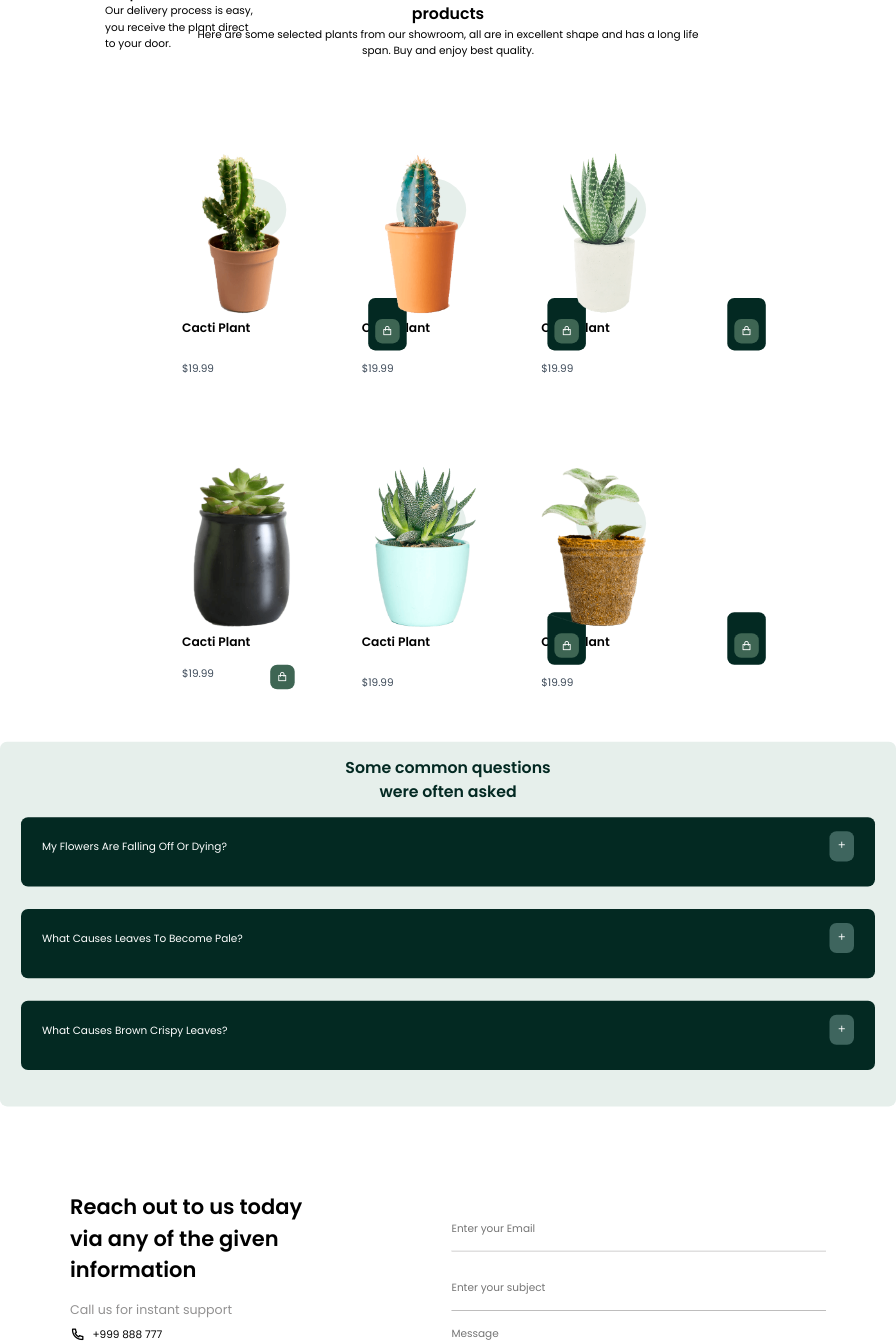
Repository: OmniaRafat232111121/plantwebsite
Page: index.html
The author's editor kept a copy of each file at every save. The page is drawn from the files as they stood at one save, then again after the next save.
The browser window is 1280 px wide. The pictures show the part of the page from y = 1741 to 3661 px (the page is 4260 px tall before and 4226 px after), at 70% of full size.

Above is the page before, as saved 2023-01-05 17:27:08.

After the next save:
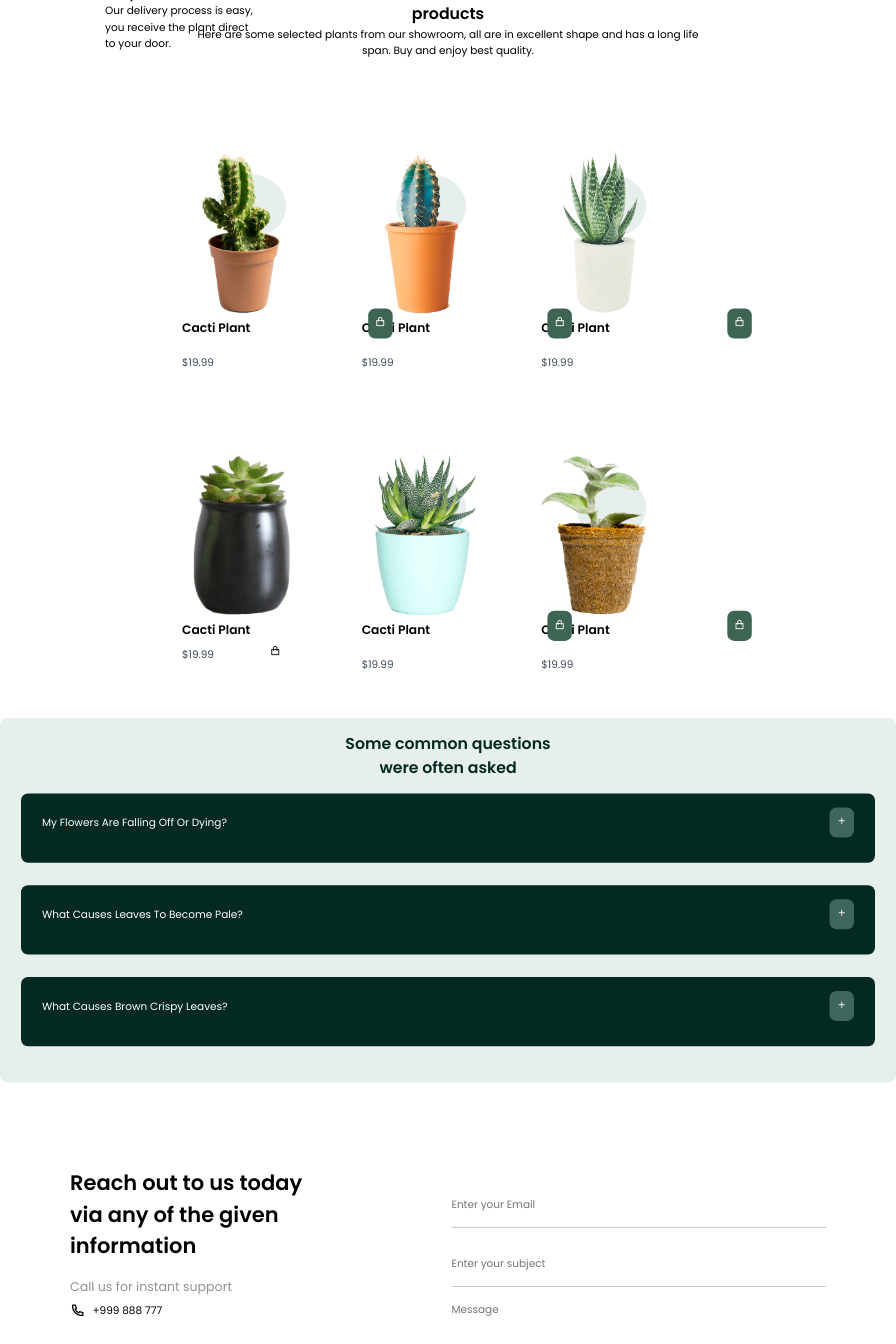
Saved 5 s later.
--- a/assets/css/styles.css
+++ b/assets/css/styles.css
@@ -557,7 +557,7 @@ margin-top: 40px;
   column-gap: 80px;
   position: relative;
 }
-.box i{
+.box .product_Button{
   background-color:#3e6553;
   padding:10px;
   border-radius: 10px;
